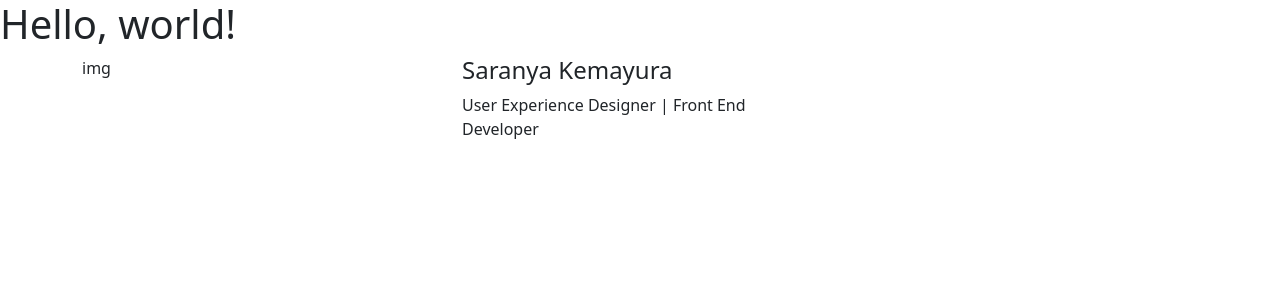
Repository: 0910th/portfolio
Page: index.html
The author's editor kept a copy of each file at every save. The page is drawn from the files as they stood at one save, then again after the next save.
The browser window is 1280 px wide. The pictures show the whole page.

Above is the page before, as saved 2022-12-07 13:31:55.

### index.html
<!doctype html>
<html lang="en">

<head>
    <meta charset="utf-8">
    <meta name="viewport" content="width=device-width, initial-scale=1">
    <title>Saranya Portfolio</title>

    <link href="./css/bootstrap.min.css" rel="stylesheet" crossorigin="anonymous">
</head>

<body>
    <h1>Hello, world!</h1>
    <div class="container">
        <!-- Content here -->
        <!-- section01 Name  -->
        <div class="row justify-content-start">
            <div class="col-4">
                img
            </div>
            <div class="col-4">
                <h4>Saranya Kemayura</h4>
                <p>User Experience Designer | Front End Developer</p>
            </div>
        </div>


    </div>




    <!-- script -->
    <script src="https://cdn.jsdelivr.net/npm/@popperjs/core@2.11.6/dist/umd/popper.min.js"
        integrity="sha384-oBqDVmMz9ATKxIep9tiCxS/Z9fNfEXiDAYTujMAeBAsjFuCZSmKbSSUnQlmh/jp3"
        crossorigin="anonymous"></script>
    <script src="https://cdn.jsdelivr.net/npm/bootstrap@5.2.3/dist/js/bootstrap.min.js"
        integrity="sha384-cuYeSxntonz0PPNlHhBs68uyIAVpIIOZZ5JqeqvYYIcEL727kskC66kF92t6Xl2V"
        crossorigin="anonymous"></script>
</body>

</html>

Loaded but not shown: css/bootstrap.min.css (library)

After the next save:
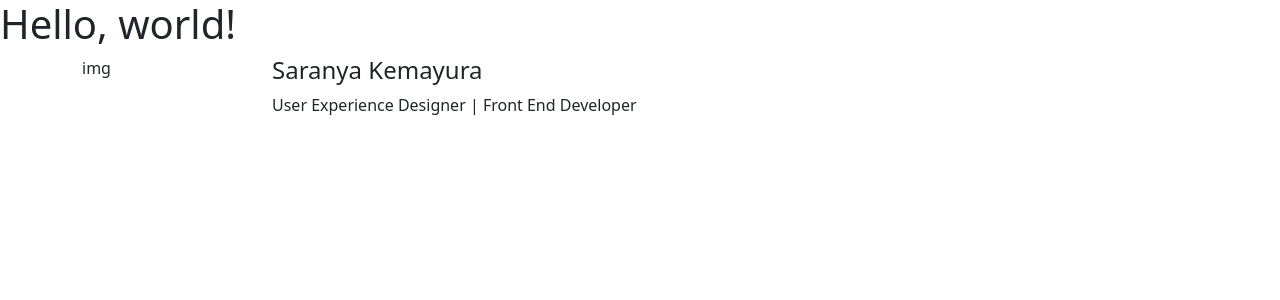
Saved 22 s later.
--- a/index.html
+++ b/index.html
@@ -15,10 +15,10 @@
         <!-- Content here -->
         <!-- section01 Name  -->
         <div class="row justify-content-start">
-            <div class="col-4">
+            <div class="col-2">
                 img
             </div>
-            <div class="col-4">
+            <div class="col-10">
                 <h4>Saranya Kemayura</h4>
                 <p>User Experience Designer | Front End Developer</p>
             </div>
